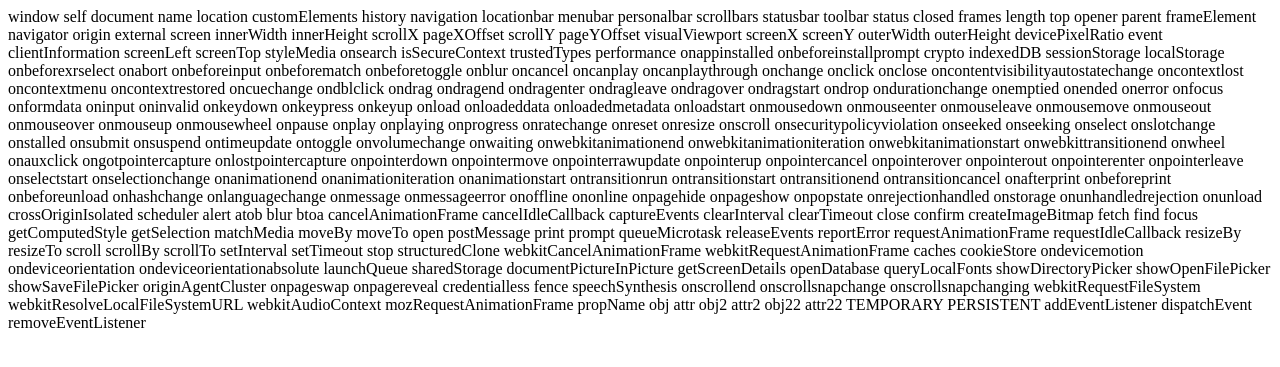
Repository: Jhin7782/HBuilder-Projects
Page: 【JS高程3】/03-6`语句/3-6-5 for-in.html
These files come from the project's save history. The page is drawn as it stood at one moment and after the next save; the edit follows.
The browser window is 1280 px wide. The pictures show the whole page.

Above is the page before, as saved 2017-06-02 02:47:09.

After the next save:
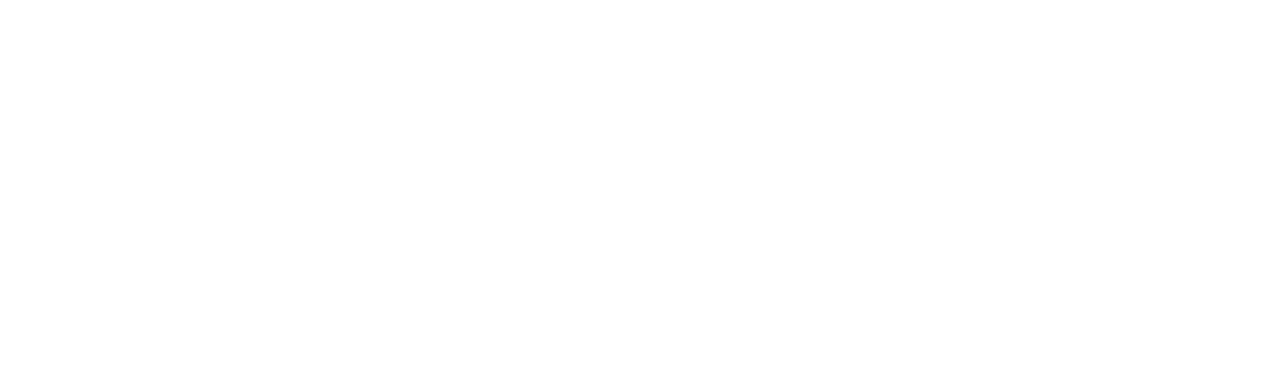
Console error: SyntaxError: Unexpected token '<'
Saved 35 s later.
--- a/【JS高程3】/03-6`语句/3-6-5 for-in.html
+++ b/【JS高程3】/03-6`语句/3-6-5 for-in.html
@@ -23,6 +23,16 @@
 				console.log(attr + ": " + obj[attr]);
 			}
 
+			var obj = {
+				name: "whatever",
+				age: 24
+			}
+			for(var attr in obj) {
+				console.log(attr + ": " + obj[attr]);
+			}
+
+			<---->
+
 			var obj2 = new Object();
 			obj2.name = "whatever2";
 			obj2.age = 42;

After the save that followed:
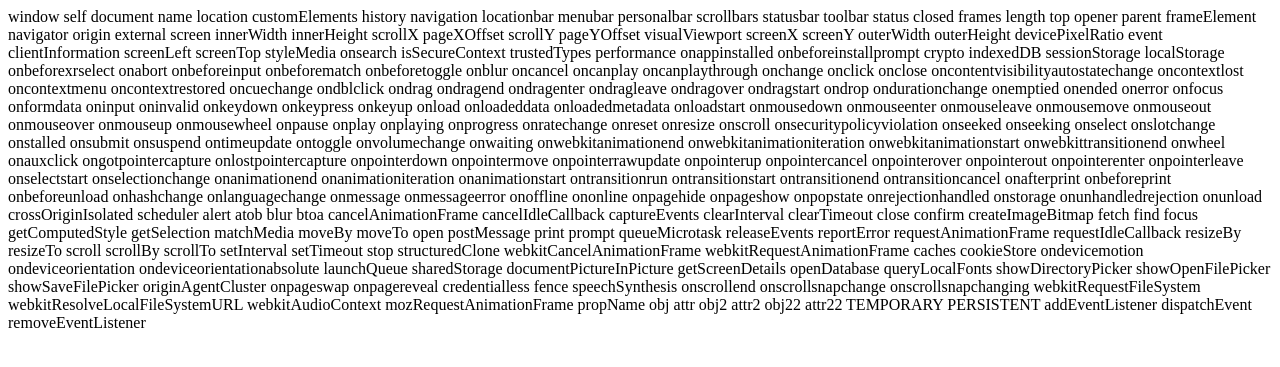
The error is gone.
Saved 11 s later.
--- a/【JS高程3】/03-6`语句/3-6-5 for-in.html
+++ b/【JS高程3】/03-6`语句/3-6-5 for-in.html
@@ -31,7 +31,7 @@
 				console.log(attr + ": " + obj[attr]);
 			}
 
-			<---->
+			///////////////////////////////////////////////
 
 			var obj2 = new Object();
 			obj2.name = "whatever2";
